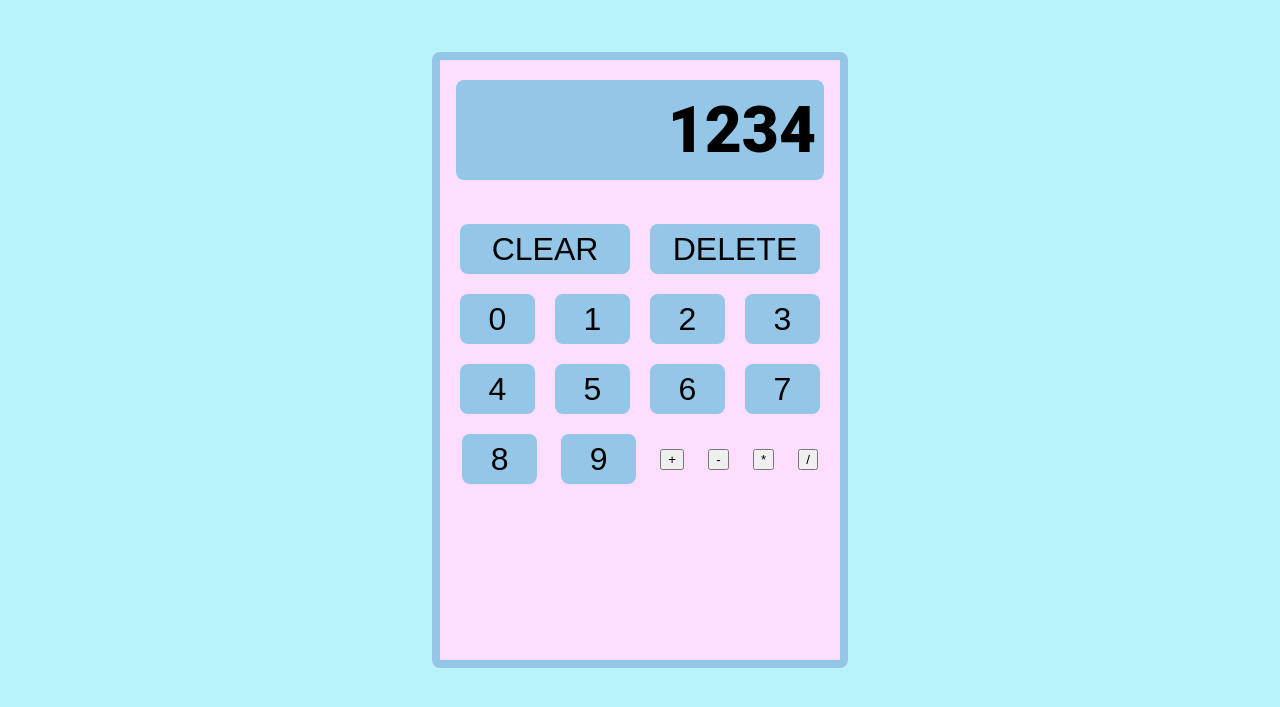
Repository: yeetzpxoci/calculator
Page: index.html
These files come from the project's save history. The page is drawn as it stood at one moment and after the next save; the edit follows.
The browser window is 1280 px wide. The pictures show the whole page.

Above is the page before, as saved 2023-02-04 17:01:10.

After the next save:
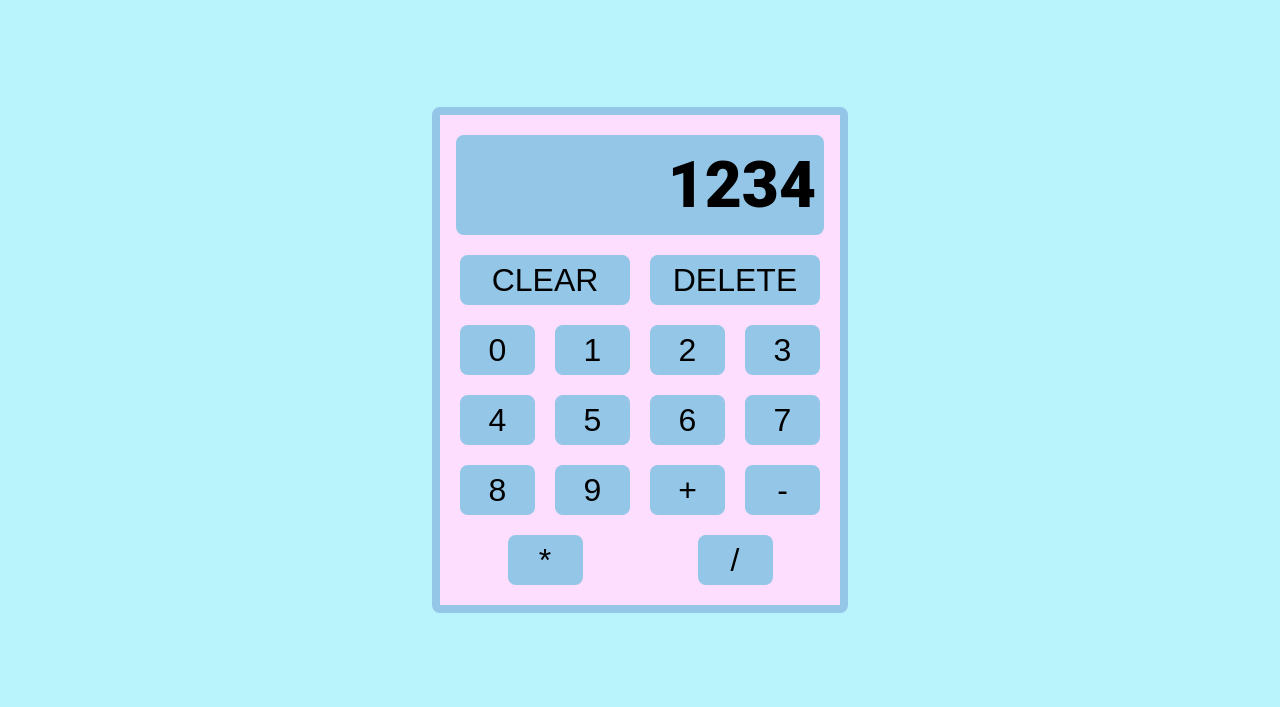
Saved 3 min 50 s later.
--- a/style.css
+++ b/style.css
@@ -8,7 +8,7 @@ html, body {
 
 .calculator-container {
     background-color: #FEDEFF;
-    height: 600px;
+    height: 490px;
     width: 400px;
     border-radius: 8px;
     border-width: 8px;
@@ -19,7 +19,6 @@ html, body {
     flex-wrap: wrap;
     justify-content: flex-start;
     align-items: center;
-    gap: 24px;
 }
 
 .display {
@@ -56,7 +55,7 @@ html, body {
     background-color: #93C6E7;
 }
 
-.number-button {
+.number-button, .operator-button {
     height: 50px;
     width: 75px;
     font-size: 32px;
